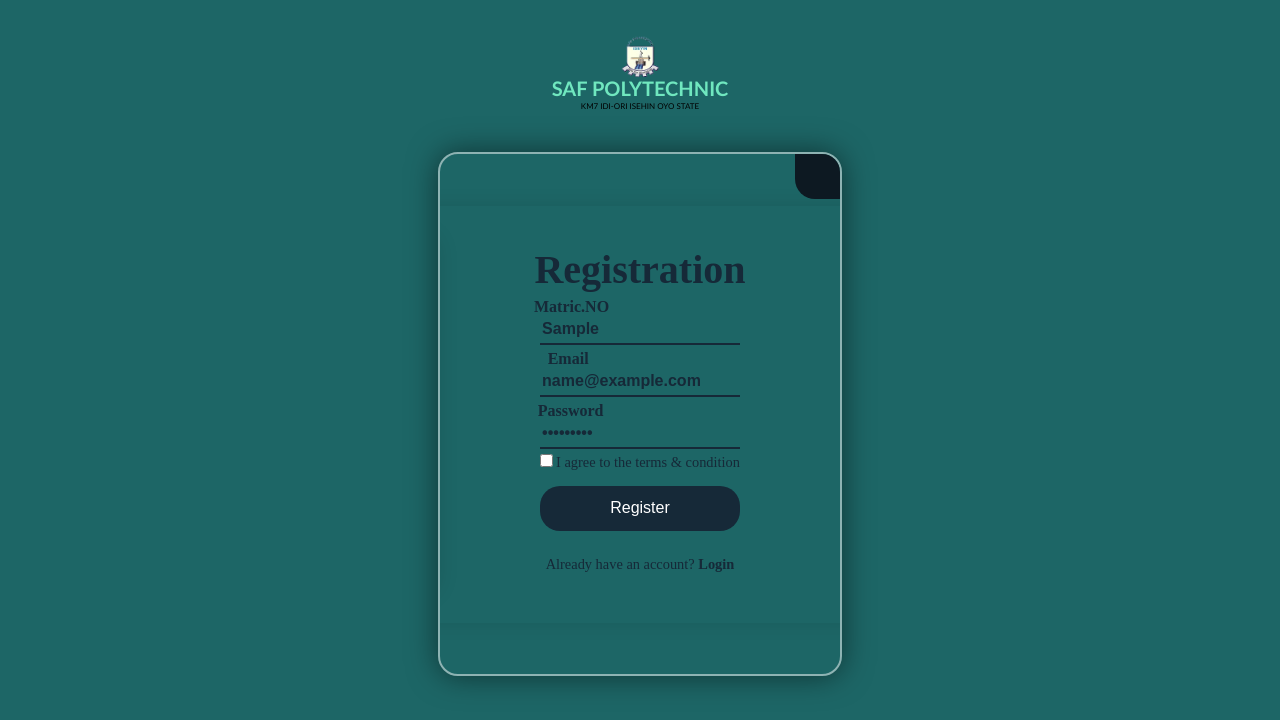
Repository: makinwademila/new-html
Page: index2.html
These files come from the project's save history. The page is drawn as it stood at one moment and after the next save; the edit follows.
The browser window is 1280 px wide. The pictures show the whole page.
Empty fields were first filled with sample values (such as "Sample", 5 or name@example.com).
After loading, the first visible `a.register-link` was clicked once.
Some icons come from a web library that is not loaded, so they are not drawn.

Above is the page before, as saved 2025-03-05 18:46:18.
Console error: TypeError: Cannot read properties of null (reading 'addEventListener')

After the next save:
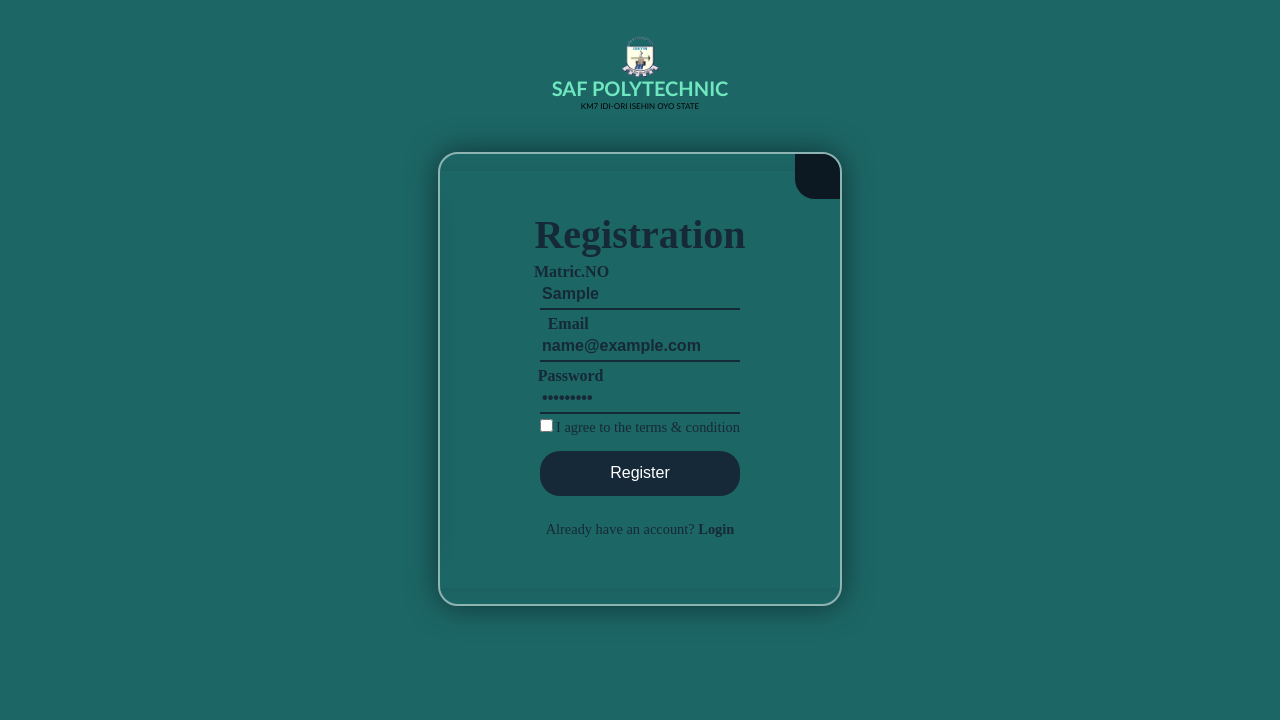
Saved 66 s later.
--- a/style2.css
+++ b/style2.css
@@ -73,11 +73,10 @@
     transition: transform .5s ease height .2 ease;
     overflow: hidden;
     transform: scale(1);
-    animation-name: close;
 }
 
 .wrapper.active {
-    height: 520px;
+    height: 450px;
 }
 
 .wrapper .form-box.login {
